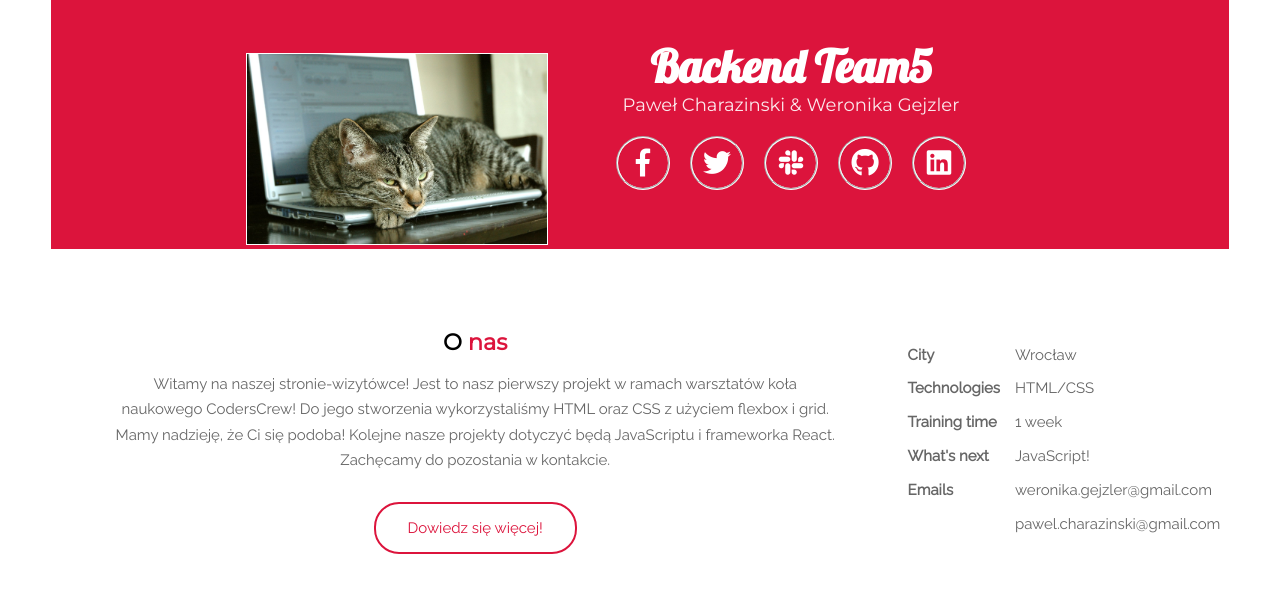
Repository: pietruszka/cc_proj1
Page: index.html
These files come from the project's save history. The page is drawn as it stood at one moment and after a run of saves; the edit follows.
The browser window is 1280 px wide. The pictures show the whole page.
Some web libraries are served in a nearby version.

Above is the page before, as saved 2018-11-18 20:37:58.

After the next 2 saves:
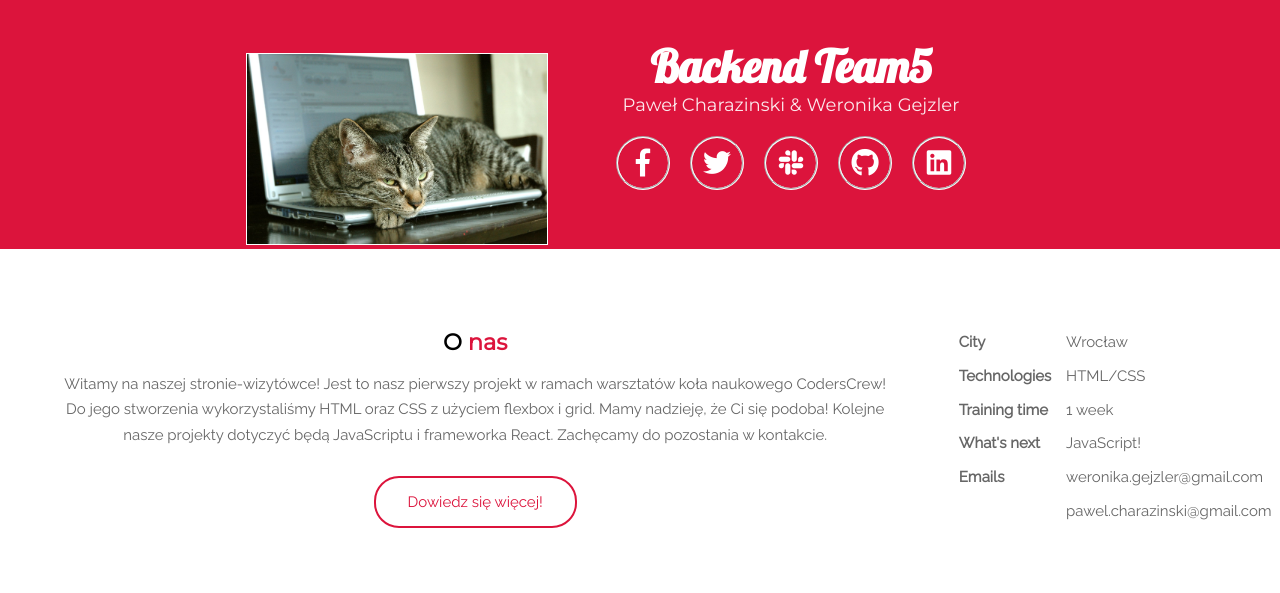
The 2 saves are shown as one change because they came seconds apart.
The last was saved 16 s later.
--- a/style.css
+++ b/style.css
@@ -1,5 +1,5 @@
 body{
-    margin: 0 4vw 1vw 4vw;
+    margin: 0 0 1vw 0;
     font-size: 15px;
 
 
